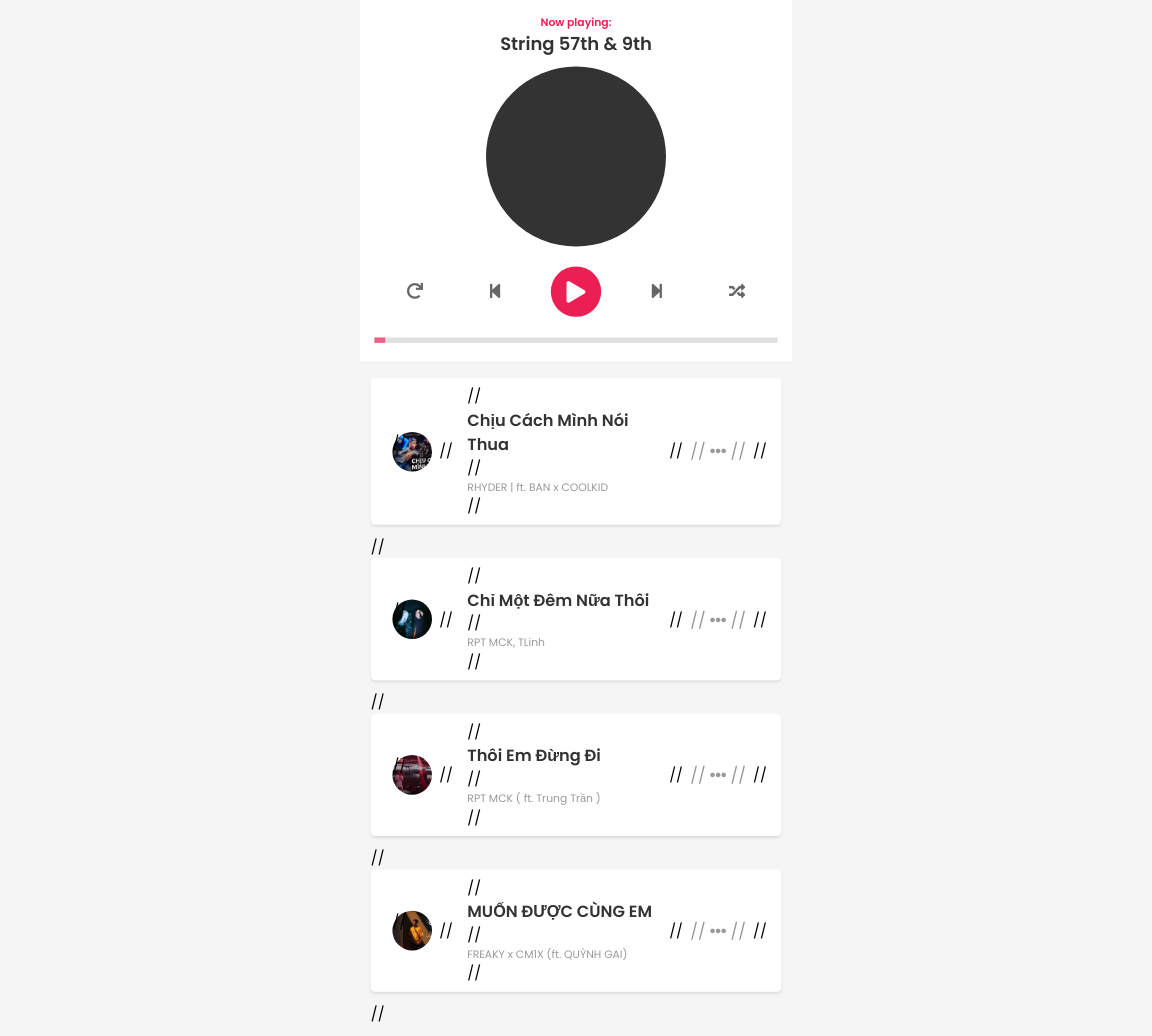
Repository: ChiNg22nd04/MusicPlayer
Page: index.html
An editor plug-in stored every save of this project. The page is shown before and after a run of saves, followed by the edit.
The browser window is 1280 px wide. The pictures show the whole page, at 90% of full size.

Above is the page before, as saved 2023-12-29 22:08:26.

After the next 5 saves:
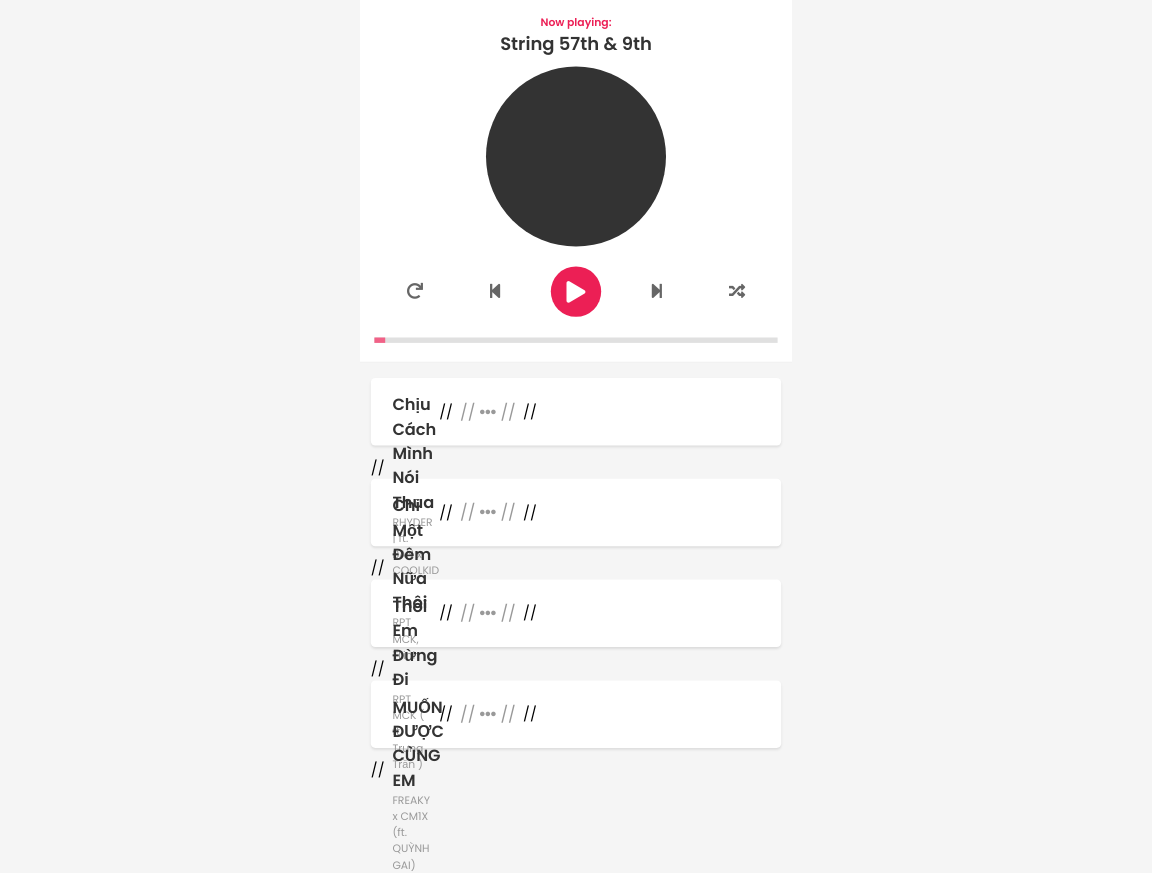
The 5 saves are shown as one change because they came seconds apart.
The last was saved 11 s later.
--- a/index.html
+++ b/index.html
@@ -95,12 +95,11 @@
             return `
                   <div class="song">
                      <div class="thumb"
-                        style="background-image: url('${song.img}');">
-              //         </div>
-              //         <div class="body">
-              //             <h3 class="title">${song.name}</h3>
-              //             <p class="author">${song.singer}</p>
-              //         </div>
+
+                <div class="body">
+                  <h3 class="title">${song.name}</h3>
+                    <p class="author">${song.singer}</p>
+             </div>
               //         <div class="option">
               //             <i class="fas fa-ellipsis-h"></i>
               //         </div>
